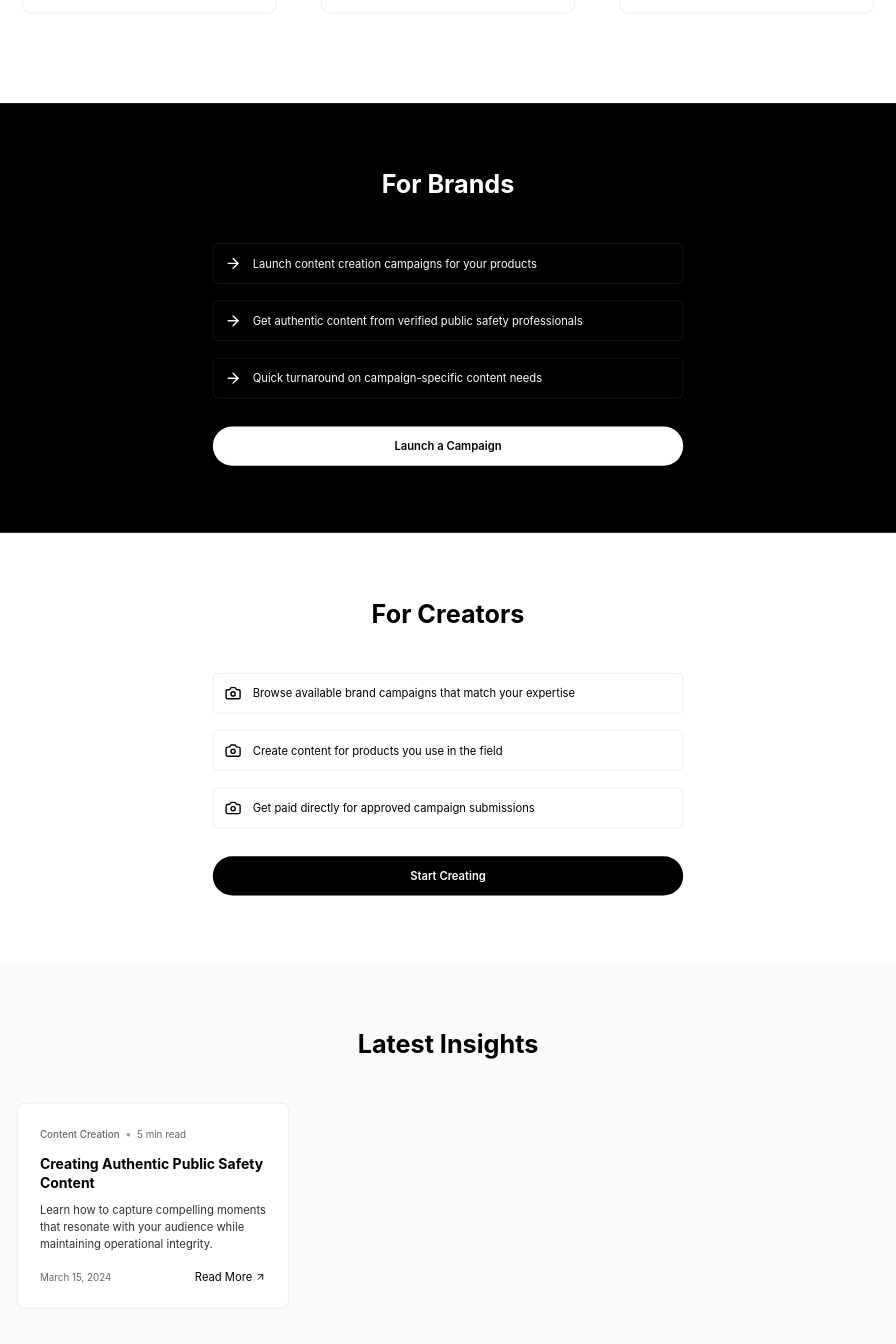
Repository: justmatt20/first-due-social
Page: /
These files come from the project's save history. The page is drawn as it stood at one moment and after the next save; the edit follows.
The browser window is 1280 px wide. The pictures show the part of the page from y = 1416 to 3336 px (the page is 3669 px tall before and 3965 px after), at 70% of full size.
The project was rebuilt for these pictures with package versions that can differ from the ones it lists, and the page was loaded fresh each time. Also part of the build but not shown: src/pages/Blog.jsx.

Above is the page before, as saved 2025-01-20 11:05:38.

### src/index.css
@tailwind base;
@tailwind components;
@tailwind utilities;

/* Add any custom CSS below */
body {
  margin: 0;
  font-family: -apple-system, BlinkMacSystemFont, "Segoe UI", "Roboto", "Oxygen",
    "Ubuntu", "Cantarell", "Fira Sans", "Droid Sans", "Helvetica Neue",
    sans-serif;
  -webkit-font-smoothing: antialiased;
  -moz-osx-font-smoothing: grayscale;
}

### src/App.jsx
import React from "react";
import { BrowserRouter, Routes, Route } from "react-router-dom";
import { Home } from "./pages/Home";
import { Blog } from "./pages/Blog";

export const App = () => {
  return (
    <BrowserRouter>
      <Routes>
        <Route path="/" element={<Home />} />
        <Route path="/blog" element={<Blog />} />
      </Routes>
    </BrowserRouter>
  );
};

export default App;

### src/pages/Home.jsx
import React, { useState, useEffect } from "react";
import { Navigation } from "../components/layout/Navigation";
import { HeroSection } from "../components/home/HeroSection";
import { ServicesSection } from "../components/home/ServicesSection";
import { BrandsSection } from "../components/home/BrandsSection";
import { CreatorsSection } from "../components/home/CreatorsSection";
import { BlogList } from "../components/blog/BlogList";
import { ContactSection } from "../components/common/ContactSection";

export const Home = () => {
  const [scrollPosition, setScrollPosition] = useState(0);

  useEffect(() => {
    const handleScroll = () => {
      setScrollPosition(window.pageYOffset);
    };
    window.addEventListener("scroll", handleScroll, { passive: true });
    return () => {
      window.removeEventListener("scroll", handleScroll);
    };
  }, []);

  return (
    <div className="min-h-screen">
      <Navigation />
      <HeroSection scrollPosition={scrollPosition} />
      <ServicesSection />
      <BrandsSection />
      <CreatorsSection />
      <section id="blog" className="py-24 bg-gray-50">
        <div className="container mx-auto px-6">
          <h2 className="text-4xl font-bold text-center mb-16 text-black">
            Latest Insights
          </h2>
          <BlogList />
        </div>
      </section>
      <ContactSection />
    </div>
  );
};

### src/components/layout/Navigation.jsx
import React, { useState, useEffect } from "react";
import { Link } from "react-router-dom";

export const Navigation = () => {
  const [scrollPosition, setScrollPosition] = useState(0);

  useEffect(() => {
    const handleScroll = () => {
      setScrollPosition(window.pageYOffset);
    };
    window.addEventListener("scroll", handleScroll, { passive: true });
    return () => {
      window.removeEventListener("scroll", handleScroll);
    };
  }, []);

  const scrollToTop = () => {
    window.scrollTo({ top: 0, behavior: "smooth" });
  };

  return (
    <nav
      className="fixed top-0 left-0 right-0 z-50 transition-colors duration-300"
      style={{
        backgroundColor: scrollPosition > 50 ? "#ffffff" : "transparent",
      }}
    >
      <div className="container mx-auto px-6 py-6 flex justify-between items-center">
        <Link
          to="/"
          onClick={scrollToTop}
          className="text-black font-bold text-2xl cursor-pointer hover:opacity-80 transition-opacity"
        >
          FDS
        </Link>
        <div className="flex items-center gap-4">
          <Link to="/blog" className="text-black hover:opacity-80">
            Blog
          </Link>
          <a href="#brands" className="text-black hover:opacity-80">
            For Brands
          </a>
          <a
            href="#creators"
            className="bg-black text-white px-6 py-2 rounded-full hover:opacity-90"
          >
            Start Creating
          </a>
        </div>
      </div>
    </nav>
  );
};

### src/components/home/HeroSection.jsx
import React from "react";

export const HeroSection = ({ scrollPosition }) => {
  return (
    <div className="relative min-h-screen flex items-center bg-white w-full">
      <div
        className="absolute inset-0 z-0"
        style={{
          transform: `translateY(${scrollPosition * 0.5}px)`,
          opacity: 1 - scrollPosition * 0.001,
        }}
      />
      <div className="relative z-10 w-full">
        <div className="max-w-[90%] xl:max-w-[1400px] mx-auto px-4 sm:px-6 lg:px-8 pt-20 pb-32 text-center">
          <h1
            className="text-6xl sm:text-7xl lg:text-[120px] xl:text-[150px] font-black mb-6 text-black tracking-tight leading-none"
            style={{ transform: `translateY(${scrollPosition * 0.2}px)` }}
          >
            FIRST DUE SOCIAL
          </h1>
          <p
            className="text-xl sm:text-2xl lg:text-3xl mb-12 text-black/80 max-w-4xl mx-auto"
            style={{ transform: `translateY(${scrollPosition * 0.3}px)` }}
          >
            ( Create Content for Leading Public Safety Brands )
          </p>
          <a
            href="#contact"
            className="inline-block px-12 py-6 text-xl rounded-full font-semibold text-white bg-black hover:opacity-90 transition-all duration-200"
          >
            START CREATING
          </a>
        </div>
      </div>
    </div>
  );
};

### src/components/home/ServicesSection.jsx
// src/components/home/ServicesSection.jsx
import React from "react";
import { ImagePlus, Users, Target } from "lucide-react";

export const ServicesSection = () => {
  const services = [
    {
      icon: <ImagePlus className="w-12 h-12 lg:w-16 lg:h-16" />,
      title: "Find Opportunities",
      description:
        "Browse available brand campaigns and choose projects that match your expertise and the gear you use.",
    },
    {
      icon: <Users className="w-12 h-12 lg:w-16 lg:h-16" />,
      title: "Create Content",
      description:
        "Produce authentic photos and videos for brand campaigns, showcasing real-world product usage.",
    },
    {
      icon: <Target className="w-12 h-12 lg:w-16 lg:h-16" />,
      title: "Get Paid",
      description:
        "Receive direct payment when your content is approved for brand campaigns.",
    },
  ];

  return (
    <section className="py-24 lg:py-32 bg-white border-t border-black/10">
      <div className="max-w-[90%] xl:max-w-[1400px] mx-auto px-4 sm:px-6 lg:px-8">
        <h2 className="text-4xl lg:text-6xl font-bold text-center mb-16 lg:mb-24 text-black">
          How It Works
        </h2>
        <div className="grid md:grid-cols-3 gap-8 lg:gap-16">
          {services.map((service, index) => (
            <div
              key={index}
              className="bg-white rounded-xl p-8 lg:p-12 transition-all duration-200 hover:-translate-y-1 hover:shadow-lg border border-black/10"
            >
              <div className="mb-8 text-black">{service.icon}</div>
              <h3 className="text-2xl lg:text-3xl font-bold mb-6 text-black">
                {service.title}
              </h3>
              <p className="text-lg lg:text-xl text-black/80">
                {service.description}
              </p>
            </div>
          ))}
        </div>
      </div>
    </section>
  );
};

### src/components/home/BrandsSection.jsx
import React from "react";
import { ArrowRight } from "lucide-react";

export const BrandsSection = () => {
  const benefits = [
    "Launch content creation campaigns for your products",
    "Get authentic content from verified public safety professionals",
    "Quick turnaround on campaign-specific content needs",
  ];

  return (
    <section id="brands" className="py-24 bg-black text-white">
      <div className="container mx-auto px-6">
        <h2 className="text-4xl font-bold text-center mb-16">For Brands</h2>
        <div className="max-w-2xl mx-auto">
          <div className="space-y-6 mb-10">
            {benefits.map((item, index) => (
              <div
                key={index}
                className="flex items-center gap-4 p-4 bg-black rounded-lg transition-all duration-200 border border-white/10"
              >
                <ArrowRight className="text-white" />
                <span>{item}</span>
              </div>
            ))}
          </div>
          <a
            href="#contact"
            className="block w-full py-4 rounded-full font-semibold text-black text-center bg-white hover:opacity-90 transition-all duration-200"
          >
            Launch a Campaign
          </a>
        </div>
      </div>
    </section>
  );
};

### src/components/home/CreatorsSection.jsx
import React from "react";
import { Camera } from "lucide-react";

export const CreatorsSection = () => {
  const benefits = [
    "Browse available brand campaigns that match your expertise",
    "Create content for products you use in the field",
    "Get paid directly for approved campaign submissions",
  ];

  return (
    <section id="creators" className="py-24 bg-white">
      <div className="container mx-auto px-6">
        <h2 className="text-4xl font-bold text-center mb-16 text-black">
          For Creators
        </h2>
        <div className="max-w-2xl mx-auto">
          <div className="space-y-6 mb-10">
            {benefits.map((item, index) => (
              <div
                key={index}
                className="flex items-center gap-4 p-4 rounded-lg transition-all duration-200 hover:shadow-md border border-black/10"
              >
                <Camera className="text-black" />
                <span className="text-black">{item}</span>
              </div>
            ))}
          </div>
          <a
            href="#contact"
            className="block w-full py-4 rounded-full font-semibold text-white text-center bg-black hover:opacity-90 transition-all duration-200"
          >
            Start Creating
          </a>
        </div>
      </div>
    </section>
  );
};

### src/components/blog/BlogList.jsx
import React from "react";
import { BlogCard } from "./BlogCard";
import { blogPosts } from "../../data/blogPosts";

export const BlogList = () => {
  return (
    <div className="grid md:grid-cols-3 gap-8">
      {blogPosts.map((post) => (
        <BlogCard key={post.id} post={post} />
      ))}
    </div>
  );
};

### src/components/common/ContactSection.jsx
import React from "react";
import { Mail } from "lucide-react";

export const ContactSection = () => {
  return (
    <section id="contact" className="py-24 bg-black">
      <div className="container mx-auto px-6 text-center">
        <h2 className="text-4xl font-bold text-white mb-8">
          Join the Platform
        </h2>
        <div className="flex justify-center items-center gap-2">
          <Mail className="text-white" />
          <a
            href="mailto:hello@firstduesocial.com"
            className="text-white hover:opacity-80 transition-colors duration-200"
          >
            hello@firstduesocial.com
          </a>
        </div>
      </div>
    </section>
  );
};

### src/components/blog/BlogCard.jsx
import React from "react";
import { ArrowUpRight } from "lucide-react";
import { Link } from "react-router-dom";

export const BlogCard = ({ post }) => {
  return (
    <div className="bg-white rounded-xl p-8 transition-all duration-200 hover:-translate-y-1 hover:shadow-lg border border-black/10">
      <div className="flex items-center gap-2 mb-4">
        <span className="text-sm font-medium text-black/60">
          {post.category}
        </span>
        <span className="text-black/40">•</span>
        <span className="text-sm text-black/60">{post.readTime}</span>
      </div>
      <h3 className="text-xl font-bold mb-3 text-black">{post.title}</h3>
      <p className="text-black/80 mb-6">{post.excerpt}</p>
      <div className="flex items-center justify-between">
        <span className="text-sm text-black/60">{post.date}</span>
        <Link
          to={`/blog/${post.id}`}
          className="flex items-center gap-1 text-black hover:opacity-80"
        >
          Read More
          <ArrowUpRight size={16} />
        </Link>
      </div>
    </div>
  );
};

### src/data/blogPosts.js
export const blogPosts = [
  {
    id: 1,
    title: "Creating Authentic Public Safety Content",
    excerpt:
      "Learn how to capture compelling moments that resonate with your audience while maintaining operational integrity.",
    content: "Full blog post content here...",
    date: "March 15, 2024",
    readTime: "5 min read",
    category: "Content Creation",
  },
  // ... other blog posts
];

### tailwind.config.js
/** @type {import('tailwindcss').Config} */
module.exports = {
  content: ["./src/**/*.{js,jsx,ts,tsx}"],
  theme: {
    extend: {
      container: {
        center: true,
        padding: "1rem",
        screens: {
          sm: "640px",
          md: "768px",
          lg: "1024px",
          xl: "1280px",
          "2xl": "1536px",
        },
      },
      fontSize: {
        "8xl": [
          "6rem",
          {
            // Adjusted for better mobile scaling
            lineHeight: "1",
            letterSpacing: "-0.02em",
          },
        ],
      },
    },
  },
  plugins: [],
};

Loaded but not shown: public/index.html (common file); src/index.js (common file)

After the next save:
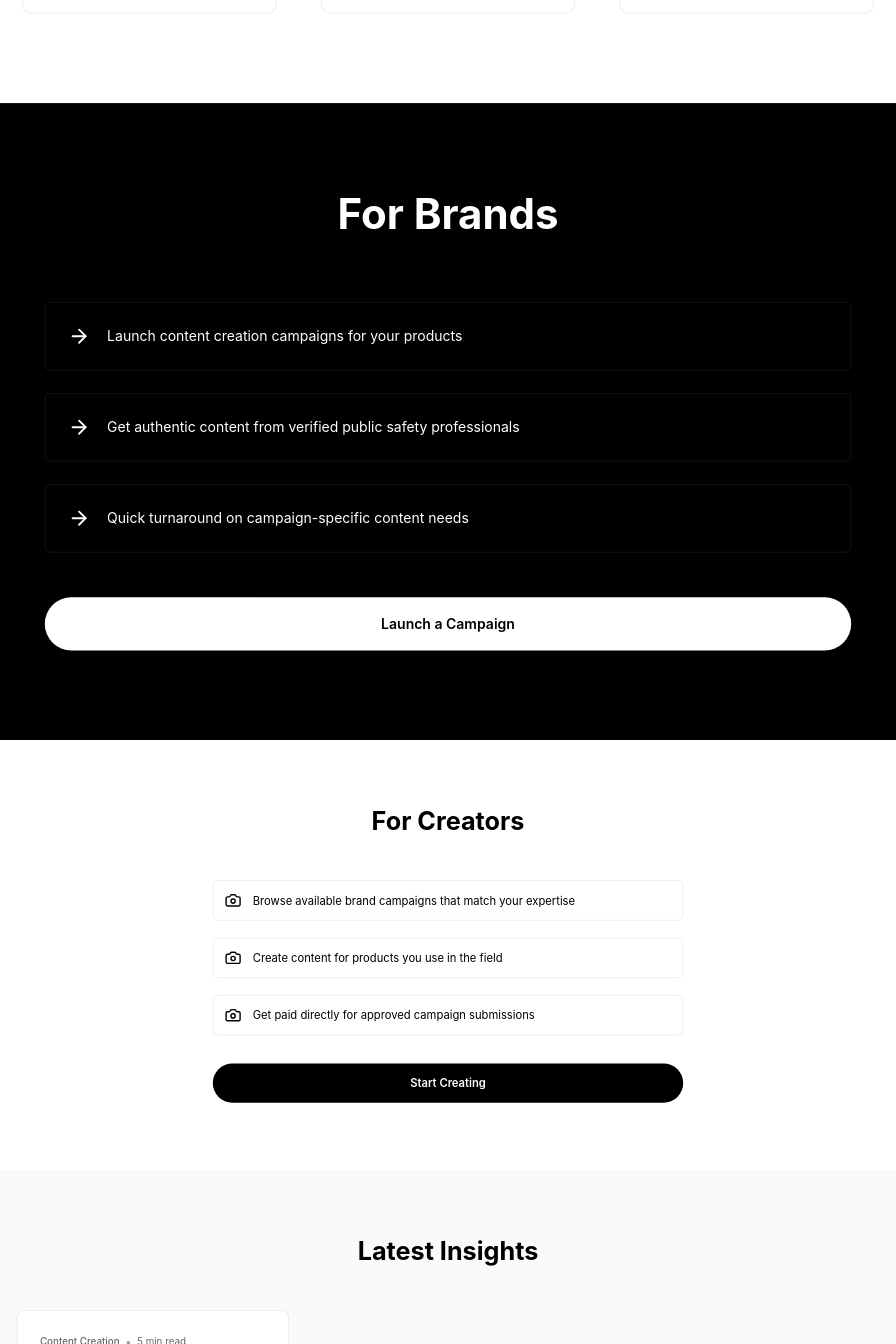
Saved 2 min 11 s later.
--- a/src/components/home/BrandsSection.jsx
+++ b/src/components/home/BrandsSection.jsx
@@ -9,24 +9,26 @@ export const BrandsSection = () => {
   ];
 
   return (
-    <section id="brands" className="py-24 bg-black text-white">
-      <div className="container mx-auto px-6">
-        <h2 className="text-4xl font-bold text-center mb-16">For Brands</h2>
-        <div className="max-w-2xl mx-auto">
-          <div className="space-y-6 mb-10">
+    <section id="brands" className="py-24 lg:py-32 bg-black text-white">
+      <div className="max-w-[90%] xl:max-w-[1400px] mx-auto px-4 sm:px-6 lg:px-8">
+        <h2 className="text-4xl lg:text-6xl font-bold text-center mb-16 lg:mb-24">
+          For Brands
+        </h2>
+        <div className="max-w-4xl mx-auto lg:max-w-6xl">
+          <div className="space-y-6 lg:space-y-8 mb-10 lg:mb-16">
             {benefits.map((item, index) => (
               <div
                 key={index}
-                className="flex items-center gap-4 p-4 bg-black rounded-lg transition-all duration-200 border border-white/10"
+                className="flex items-center gap-4 lg:gap-6 p-4 lg:p-8 bg-black rounded-lg transition-all duration-200 border border-white/10 lg:text-xl"
               >
-                <ArrowRight className="text-white" />
-                <span>{item}</span>
+                <ArrowRight className="w-6 h-6 lg:w-8 lg:h-8 text-white flex-shrink-0" />
+                <span className="flex-1">{item}</span>
               </div>
             ))}
           </div>
           <a
             href="#contact"
-            className="block w-full py-4 rounded-full font-semibold text-black text-center bg-white hover:opacity-90 transition-all duration-200"
+            className="block w-full py-4 lg:py-6 rounded-full font-semibold text-black text-center bg-white hover:opacity-90 transition-all duration-200 text-lg lg:text-xl"
           >
             Launch a Campaign
           </a>
